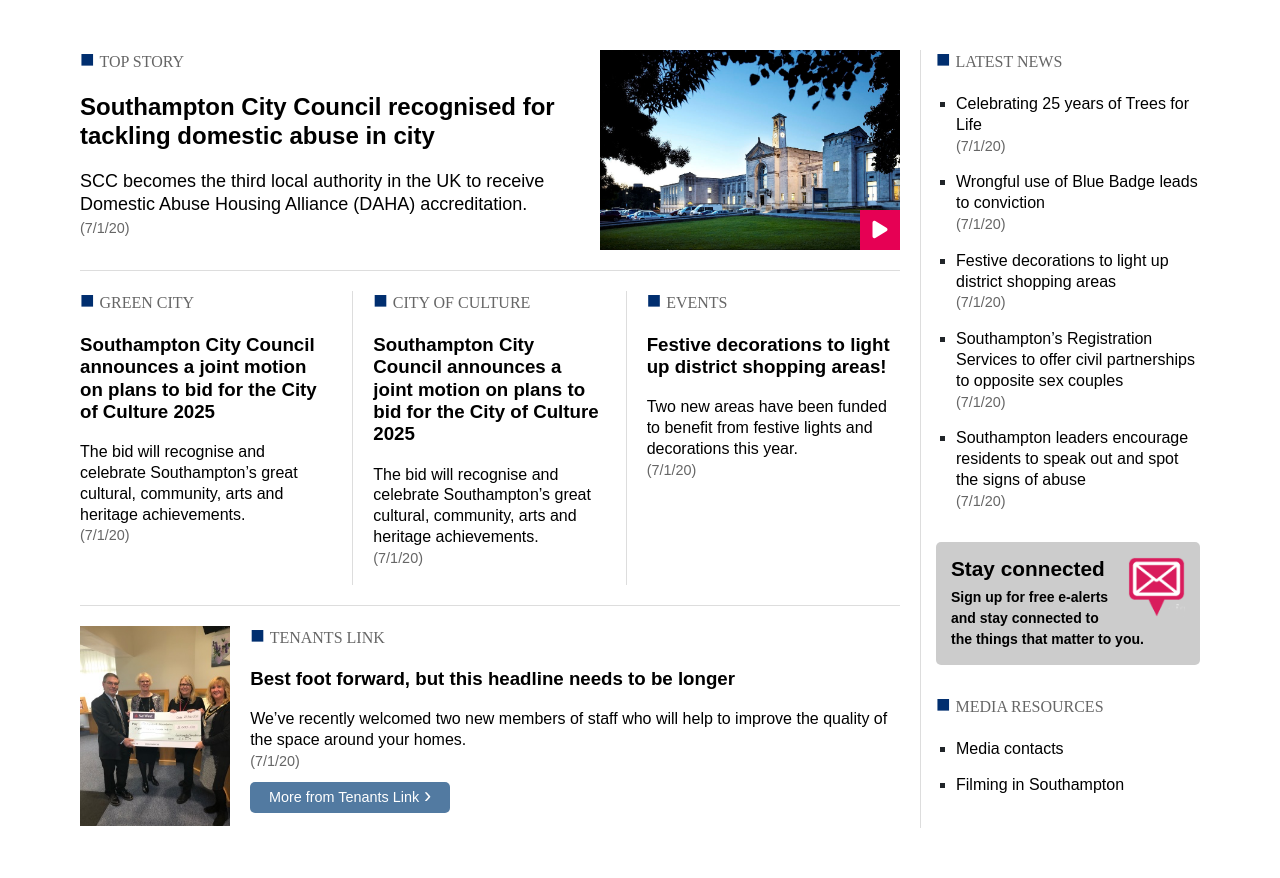
Repository: Domehead123/newspage
Page: index8.html
The author's editor kept a record of every edit. The page is drawn from the files as they stood at one moment, then again after the next edit.
The browser window is 1280 px wide. The pictures show the whole page.
Some web libraries are served in a nearby version.

Above is the page before.

After the next edit:
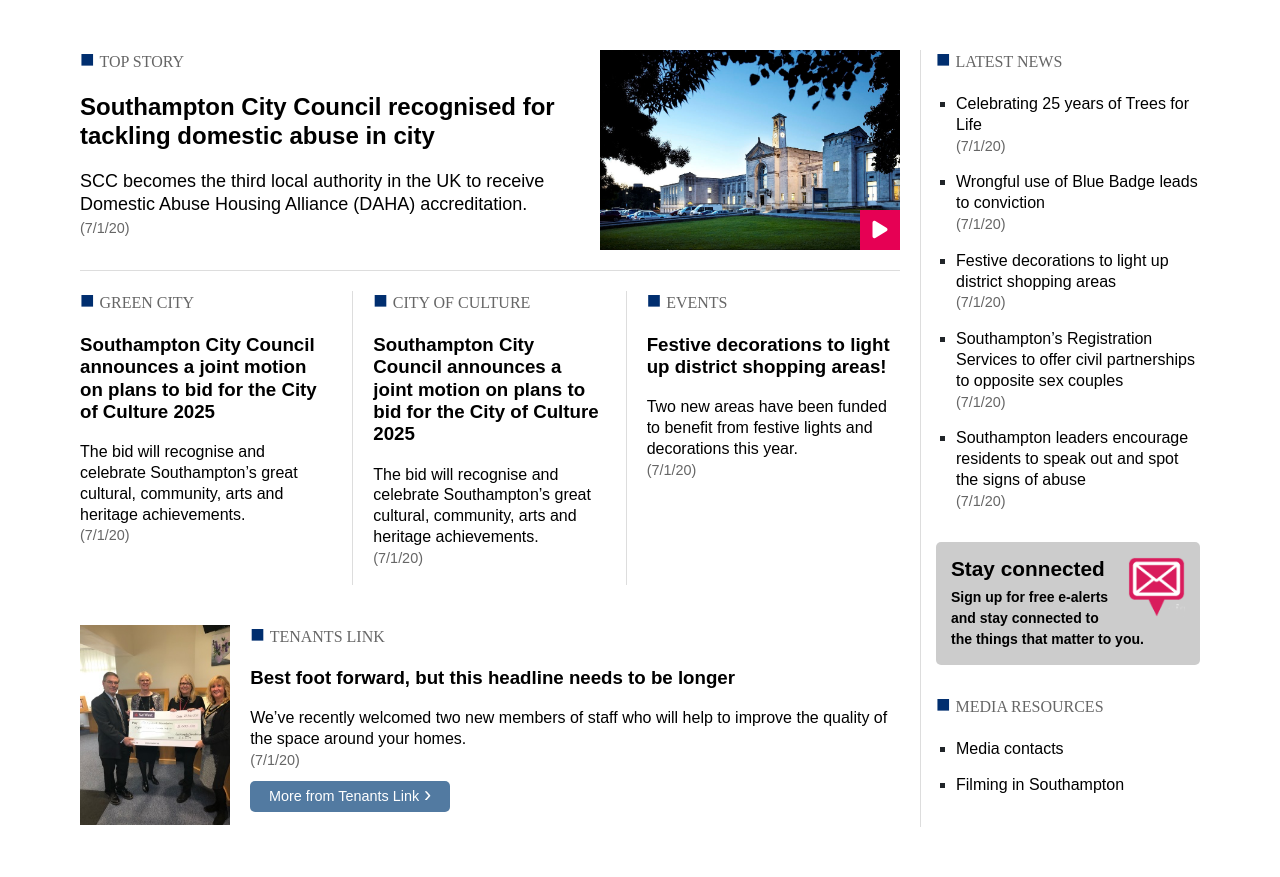
The edit:
--- a/news4.css
+++ b/news4.css
@@ -123,10 +123,7 @@
 
 
 
-.middle-row {
-    border-bottom: 1px solid #ddd;
-    padding: 20px 0 0;
-}
+
 
 .top-small-pic {
     display: block;

After the edit that followed:
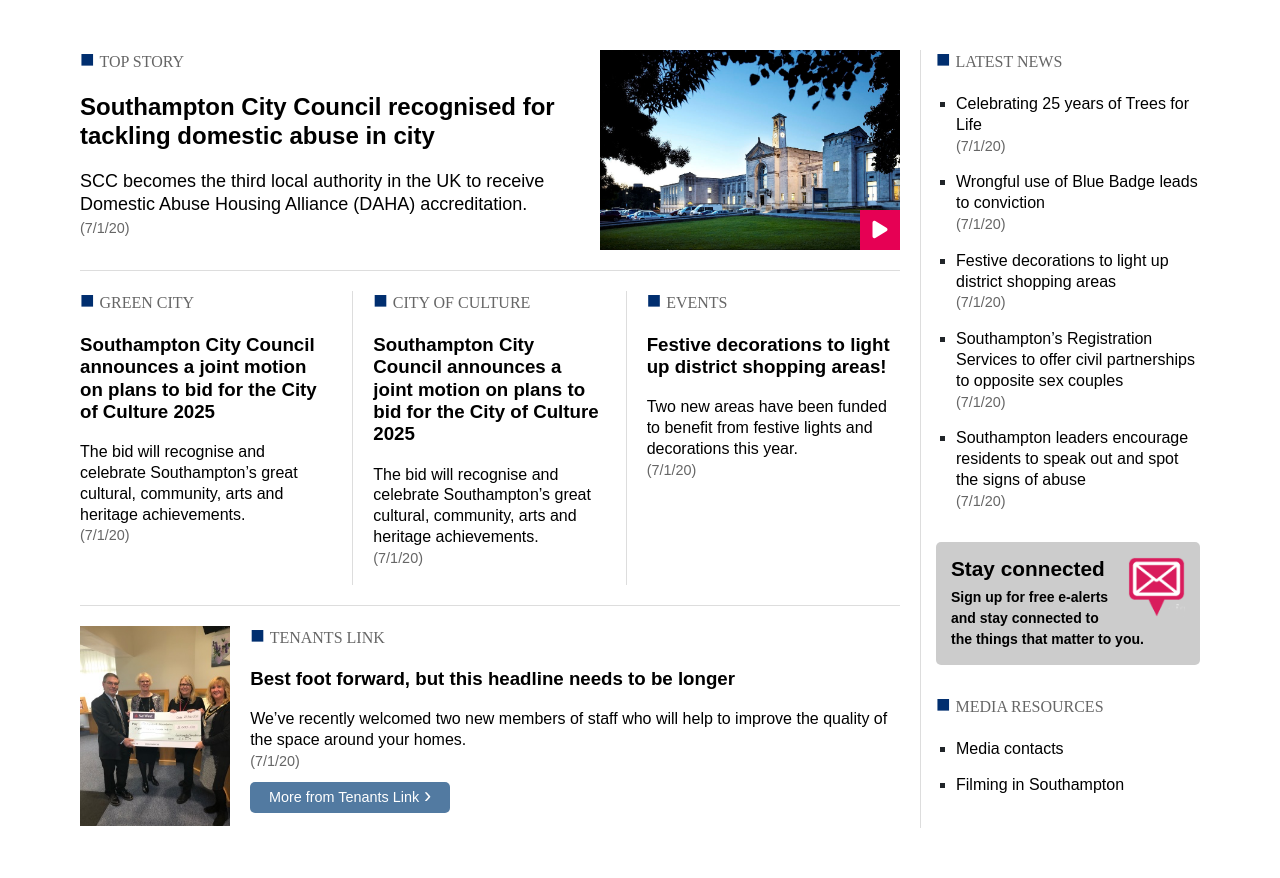
The edit:
--- a/news4.css
+++ b/news4.css
@@ -85,6 +85,11 @@
 }
 
 /*Middle row*/
+
+.middle-row {
+    border-bottom: 1px solid #ddd;
+    padding: 20px 0 0;
+}
 
 .topic:first-of-type {
     border-bottom: 1px solid #ddd;
